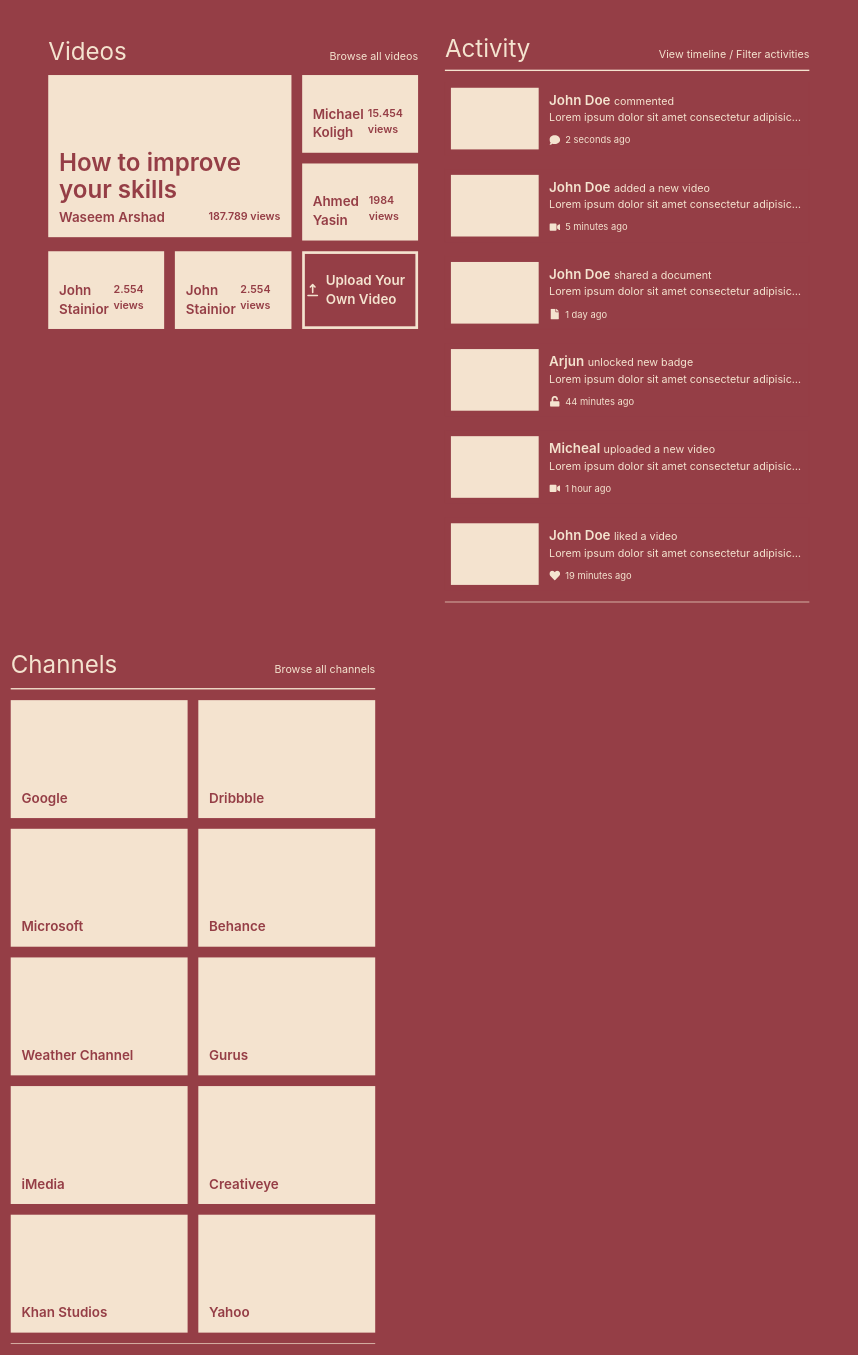
Repository: farrelmuhammad/test-salt
Page: /
These files come from the project's save history. The page is drawn as it stood at one moment and after the next save; the edit follows.
The browser window is 1280 px wide. The pictures show the whole page, at 67% of full size.
The project was rebuilt for these pictures with package versions that can differ from the ones it lists, and the page was loaded fresh each time. Also part of the build but not shown: src/App.css.

Above is the page before, as saved 2022-11-21 16:54:06.

After the next save:
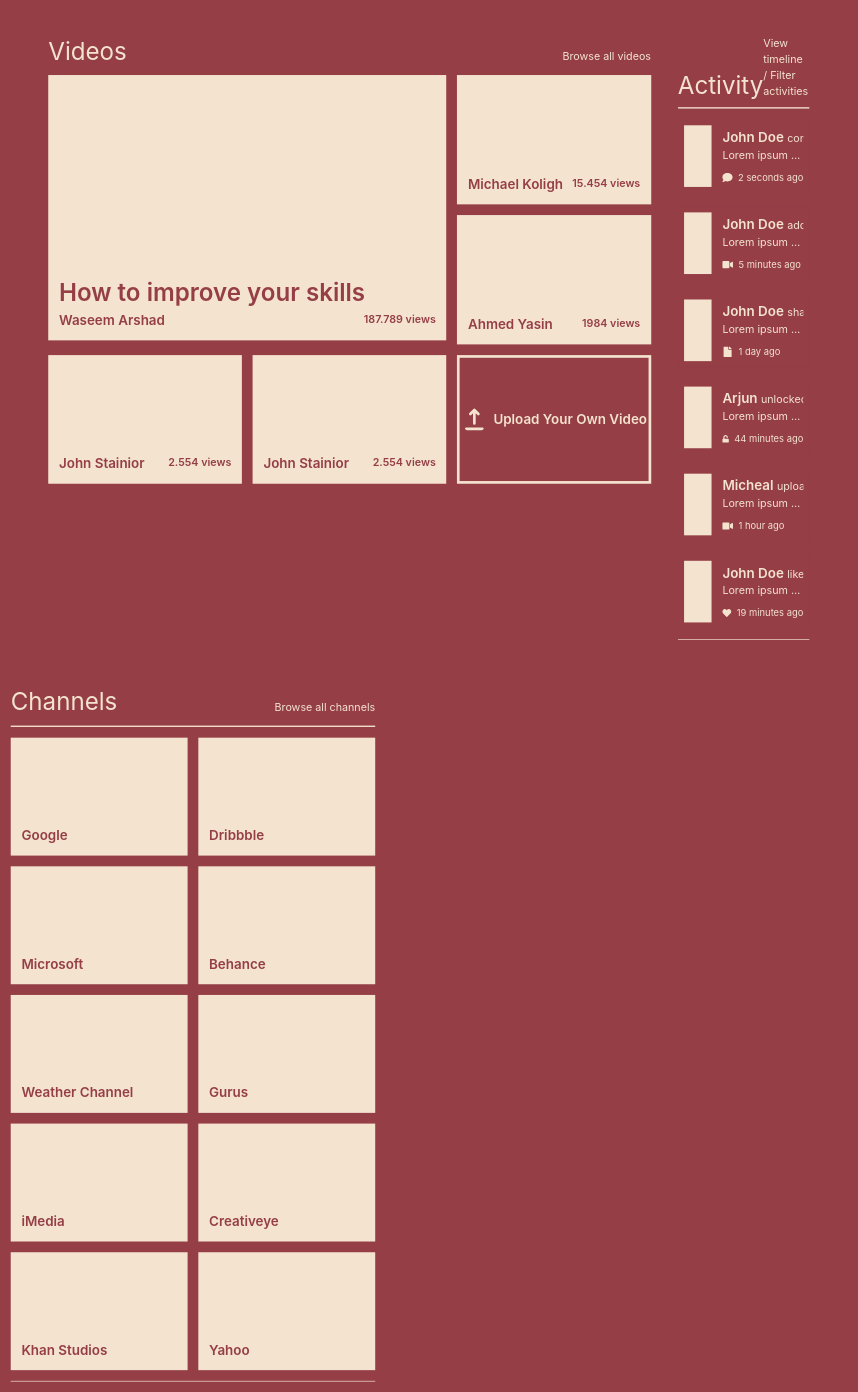
Saved 26 s later.
--- a/src/App.js
+++ b/src/App.js
@@ -12,7 +12,7 @@ function App() {
           <div>
             <Box />
           </div>
-          <div>
+          <div className="flex-auto w-32">
             <Activity />
           </div>
         </div>
